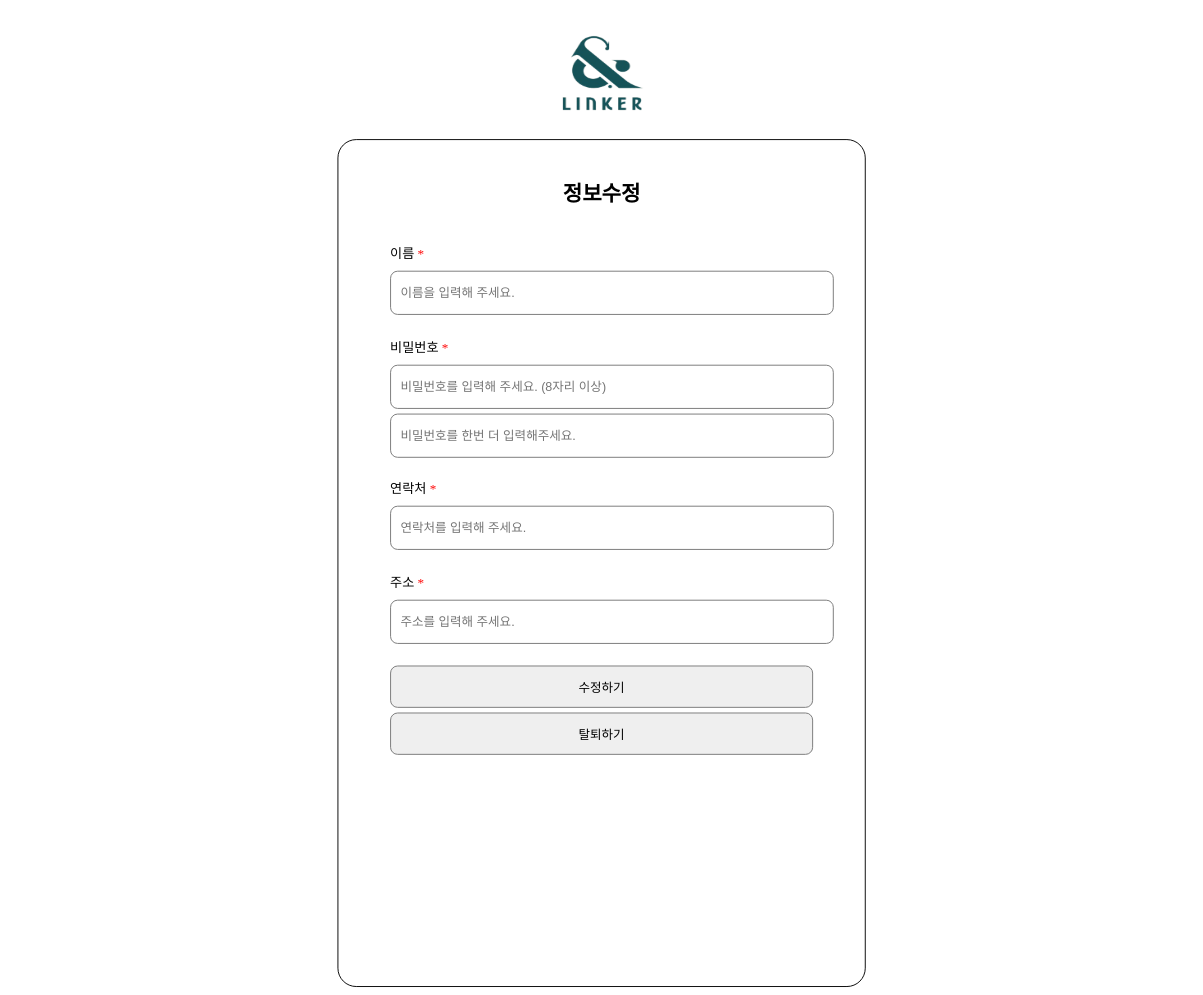
Repository: soomseting/let_me_go
Page: http://localhost/LINKER_re/jsp/main/user_update.jsp
The author's editor kept a copy of each file at every save. The page is drawn from the files as they stood at one save, then again after the next save.
The browser window is 1280 px wide. The pictures show the whole page, at 94% of full size.
The page is served by Tomcat 9.

Above is the page before, as saved 2025-03-24 08:22:33.
Console error: TypeError: Cannot set properties of null (setting 'onclick')

After the next save:
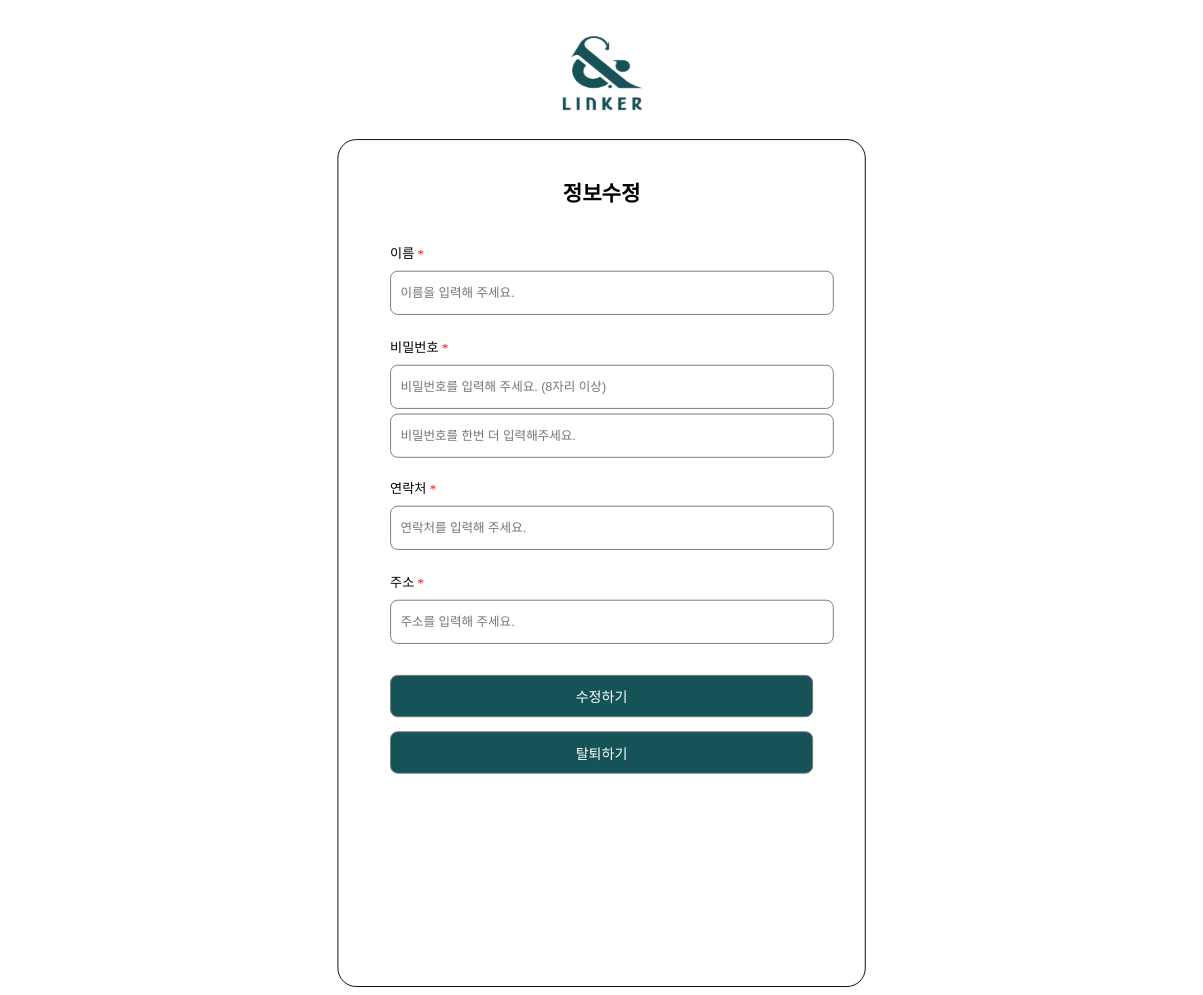
Saved 25 s later.
--- a/LINKER_re/src/main/webapp/css/sign_up.css
+++ b/LINKER_re/src/main/webapp/css/sign_up.css
@@ -30,5 +30,5 @@
 .su_con_for>.sui1:hover input{background: #518682; transition: 0.3s;border: none;cursor: pointer;}
 #update:hover {background: #518682; transition: 0.3s;border: none;cursor: pointer;}
 #delete:hover {background: #518682; transition: 0.3s;border: none;cursor: pointer;}
-.up_btn{}
-.de_btn{}
+.up_btn{width: 475px;height: 50px; margin-top: 10px; background: #165358; color: #fff;font-size: 15px;transition: 0.3s;border: none;}
+.de_btn{width: 475px;height: 50px; margin-top: 10px; background: #165358; color: #fff;font-size: 15px;transition: 0.3s;border: none;}
